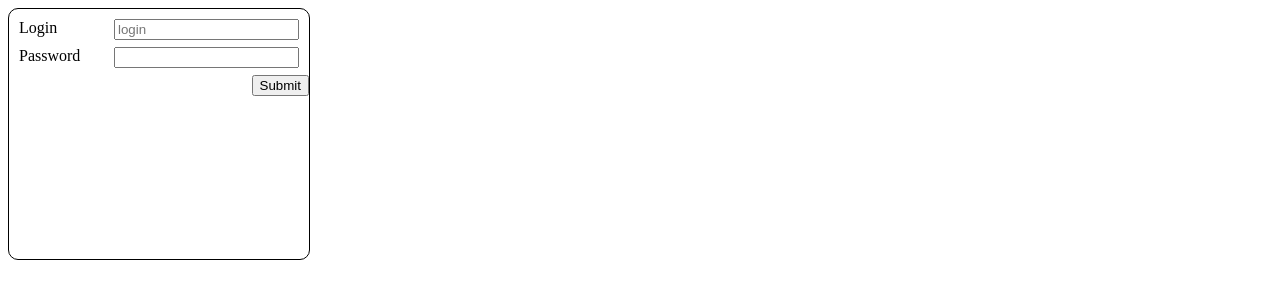
Repository: maxchv/JavaLessons
Page: http://localhost/LibraryProject/
The author's editor kept a copy of each file at every save. The page is drawn from the files as they stood at one save, then again after the next save.
The browser window is 1280 px wide. The pictures show the whole page.
The page is served by Tomcat 9.

Above is the page before, as saved 2016-04-18 15:34:34.

### Lesson19/workspace/LibraryProject/WebContent/index.jsp
<%@ page language="java" contentType="text/html; charset=UTF-8"
    pageEncoding="UTF-8"%>
<!DOCTYPE html>
<html>
<head>
<meta charset="utf-8">
<title>Библиотека</title>
<link rel="stylesheet" href="css/style.css" />
</head>
<body>

<form id="login" action="login" method="post">
	<label>
		Login
		<input type="text" placeholder="login" name="login" />
	</label>
	<label>
		Password
		<input type="password" name="password" />
	</label>
	<input type="submit" />
</form>

</body>
</html>

### Lesson19/workspace/LibraryProject/WebContent/css/style.css
@CHARSET "UTF-8";
#login {
	width: 300px;
	height: 250px;
	border: 1px solid black;
	border-radius: 10px;
}
#login > label {
	display: block;
	margin: 10px;
}

#login > label > input {
	display: block;
	float: right;
}

#login > input[type=submit] {
	display: block;
	float: right;
}

After the next save:
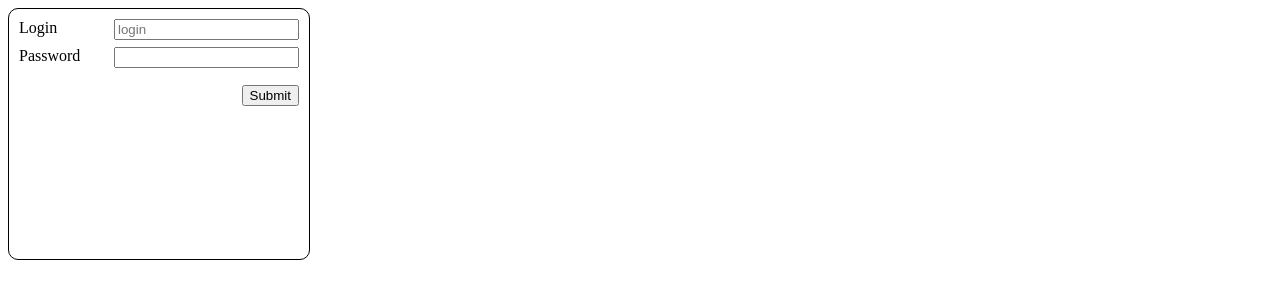
Saved 8 s later.
--- a/Lesson19/workspace/LibraryProject/WebContent/css/style.css
+++ b/Lesson19/workspace/LibraryProject/WebContent/css/style.css
@@ -16,6 +16,7 @@
 }
 
 #login > input[type=submit] {
+	margin: 10px;
 	display: block;
 	float: right;
 }
